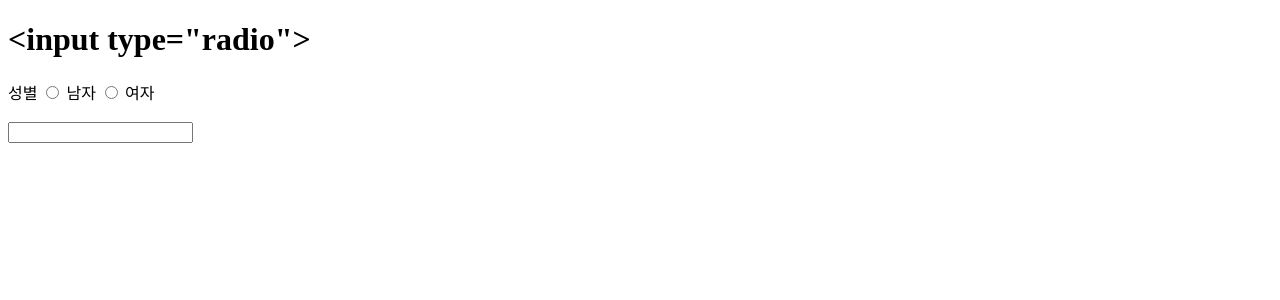
Repository: windy9109/FrontendClass
Page: webpro/src/main/webapp/0225/radio_checkbox.html
These files come from the project's save history. The page is drawn as it stood at one moment and after the next save; the edit follows.
The browser window is 1280 px wide. The pictures show the whole page.

Above is the page before, as saved 2022-02-25 07:20:27.

### webpro/src/main/webapp/0225/radio_checkbox.html
<!DOCTYPE html>
<html>
<head>
<meta charset="UTF-8">
<title>Insert title here</title>
</head>
<body>
<h1>&lt;input type="radio"></h1>
<form actrion ="radio.jsp" method="post">
<label>성별</label>
	<input type="radio" name="gender"> 남자
	<input type="radio" name="gender"> 여자<br><br>

	<input type="submit value="전송">
</form>

</body>
</html>

After the next save:
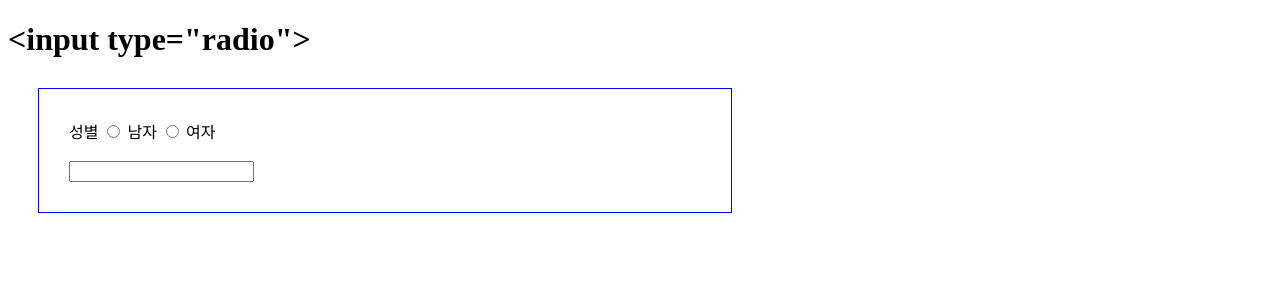
Saved 49 s later.
--- a/webpro/src/main/webapp/0225/radio_checkbox.html
+++ b/webpro/src/main/webapp/0225/radio_checkbox.html
@@ -3,6 +3,14 @@
 <head>
 <meta charset="UTF-8">
 <title>Insert title here</title>
+<style>
+	form{
+	border: 1px solid blue;
+	margin: 30px;
+	padding: 30px;
+	width:50%;
+	}
+</style>
 </head>
 <body>
 <h1>&lt;input type="radio"></h1>
